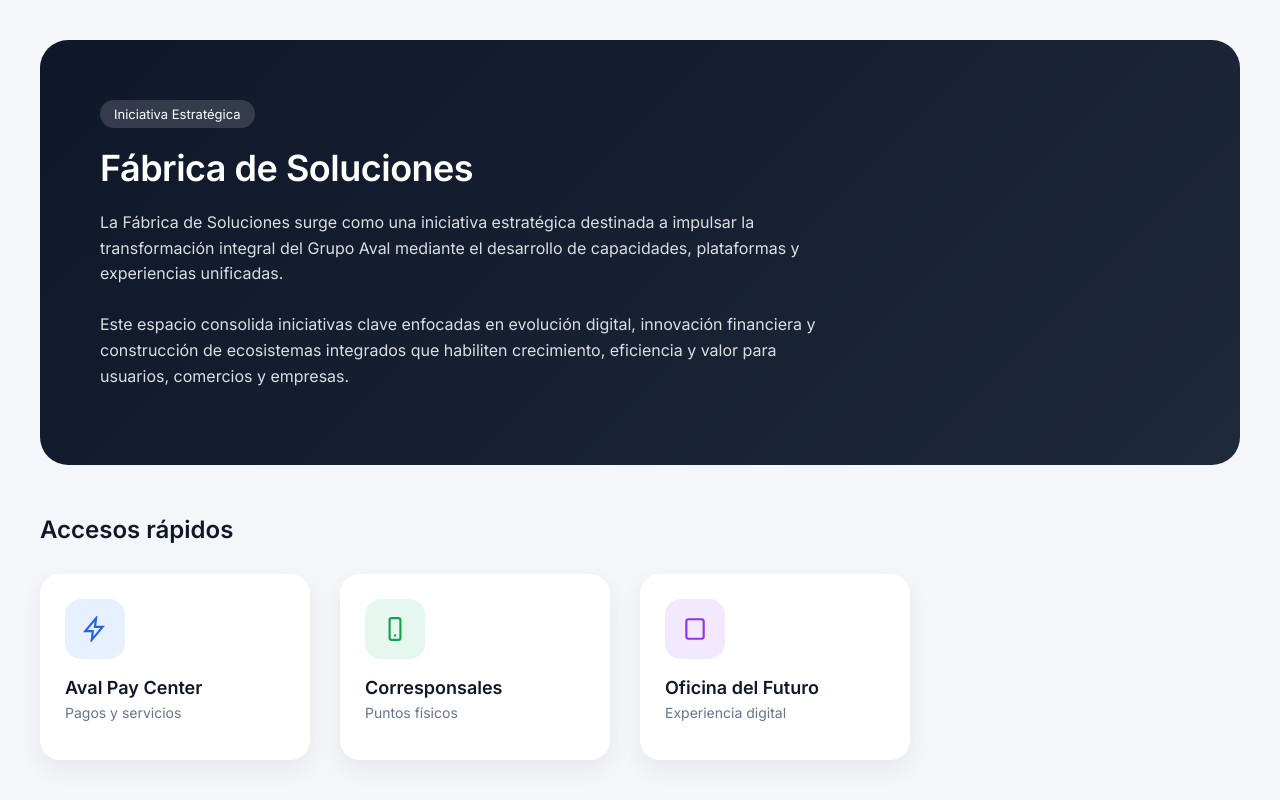
Repository: dalcava/Prototipos-Oficinas-del-futuro
Page: index.html
These files come from the project's save history. The page is drawn as it stood at one moment and after the next save; the edit follows.
The browser window is 1280 px wide. The pictures show the whole page.

Above is the page before, as saved 2026-02-13 00:13:05.

### index.html
<!doctype html>
<html lang="es">
<head>
<meta charset="utf-8" />
<meta name="viewport" content="width=device-width, initial-scale=1" />
<title>Home</title>
<div class="hero">
  <div class="hero-badge">Iniciativa Estratégica</div>
  <h1>Fábrica de Soluciones</h1>
  <p>
    La Fábrica de Soluciones surge como una iniciativa estratégica destinada a impulsar
    la transformación integral del Grupo Aval mediante el desarrollo de capacidades,
    plataformas y experiencias unificadas.
    <br><br>
    Este espacio consolida iniciativas clave enfocadas en evolución digital, innovación
    financiera y construcción de ecosistemas integrados que habiliten crecimiento,
    eficiencia y valor para usuarios, comercios y empresas.
  </p>
</div>


<link href="https://fonts.googleapis.com/css2?family=Inter:wght@400;600&display=swap" rel="stylesheet">

<style>
  body {
    margin: 0;
    font-family: 'Inter', sans-serif;
    background: #f4f6f9;
    padding: 40px;
  }

  h2 {
    margin-bottom: 30px;
    color: #0f172a;
  }

  .hero {
    background: linear-gradient(135deg, #0f172a, #1e293b);
    color: white;
    padding: 60px;
    border-radius: 28px;
    margin-bottom: 50px;
    position: relative;
    overflow: hidden;
  }

  .hero h1 {
    margin: 0 0 20px 0;
    font-size: 36px;
    font-weight: 600;
    letter-spacing: -0.5px;
  }

  .hero p {
    max-width: 720px;
    font-size: 16px;
    line-height: 1.6;
    opacity: 0.85;
  }

  .hero-badge {
    display: inline-block;
    background: rgba(255,255,255,0.15);
    padding: 6px 14px;
    border-radius: 20px;
    font-size: 13px;
    margin-bottom: 18px;
  }


  .cards {
    display: flex;
    gap: 30px;
    flex-wrap: wrap;
  }

  .card {
    background: white;
    border-radius: 20px;
    padding: 25px;
    width: 220px;
    cursor: pointer;
    transition: all 0.25s ease;
    box-shadow: 0 10px 25px rgba(0, 0, 0, 0.06);
  }

  .card:hover {
    transform: translateY(-6px);
    box-shadow: 0 18px 35px rgba(0, 0, 0, 0.1);
  }

  .icon-box {
    width: 60px;
    height: 60px;
    border-radius: 16px;
    display: flex;
    align-items: center;
    justify-content: center;
    margin-bottom: 18px;
  }

  .icon-blue { background: #e7f0ff; }
  .icon-green { background: #e6f7ef; }
  .icon-purple { background: #f2e9ff; }

  .card h3 {
    margin: 0;
    font-size: 18px;
    font-weight: 600;
    color: #0f172a;
  }

  .card p {
    margin-top: 6px;
    font-size: 14px;
    color: #64748b;
  }

  svg {
    width: 26px;
    height: 26px;
  }

</style>
</head>

<body>

<h2>Accesos rápidos</h2>

<div class="cards">

  <!-- Aval Pay Center -->
  <div class="card" onclick="ir('aval-pay-center.html')">
    <div class="icon-box icon-blue">
      <!-- Icono rayo -->
      <svg fill="none" stroke="#2563eb" stroke-width="2" viewBox="0 0 24 24">
        <path d="M13 2L3 14h7l-1 8 10-12h-7l1-8z"/>
      </svg>
    </div>
    <h3>Aval Pay Center</h3>
    <p>Pagos y servicios</p>
  </div>

  <!-- Corresponsales -->
  <div class="card" onclick="ir('corresponsales.html')">
    <div class="icon-box icon-green">
      <!-- Icono móvil -->
      <svg fill="none" stroke="#16a34a" stroke-width="2" viewBox="0 0 24 24">
        <rect x="7" y="2" width="10" height="20" rx="2"/>
        <line x1="11" y1="18" x2="13" y2="18"/>
      </svg>
    </div>
    <h3>Corresponsales</h3>
    <p>Puntos físicos</p>
  </div>

  <!-- Oficina del Futuro -->
  <div class="card" onclick="ir('oficina-del-futuro.html')">
    <div class="icon-box icon-purple">
      <!-- Icono edificio -->
      <svg fill="none" stroke="#9333ea" stroke-width="2" viewBox="0 0 24 24">
        <rect x="4" y="3" width="16" height="18" rx="2"/>
        <line x1="8" y1="7" x2="8" y2="7"/>
        <line x1="12" y1="7" x2="12" y2="7"/>
        <line x1="16" y1="7" x2="16" y2="7"/>
      </svg>
    </div>
    <h3>Oficina del Futuro</h3>
    <p>Experiencia digital</p>
  </div>

</div>

<script>
  function ir(pagina) {
    window.location.href = pagina;
  }
</script>

</body>
</html>

After the next save:
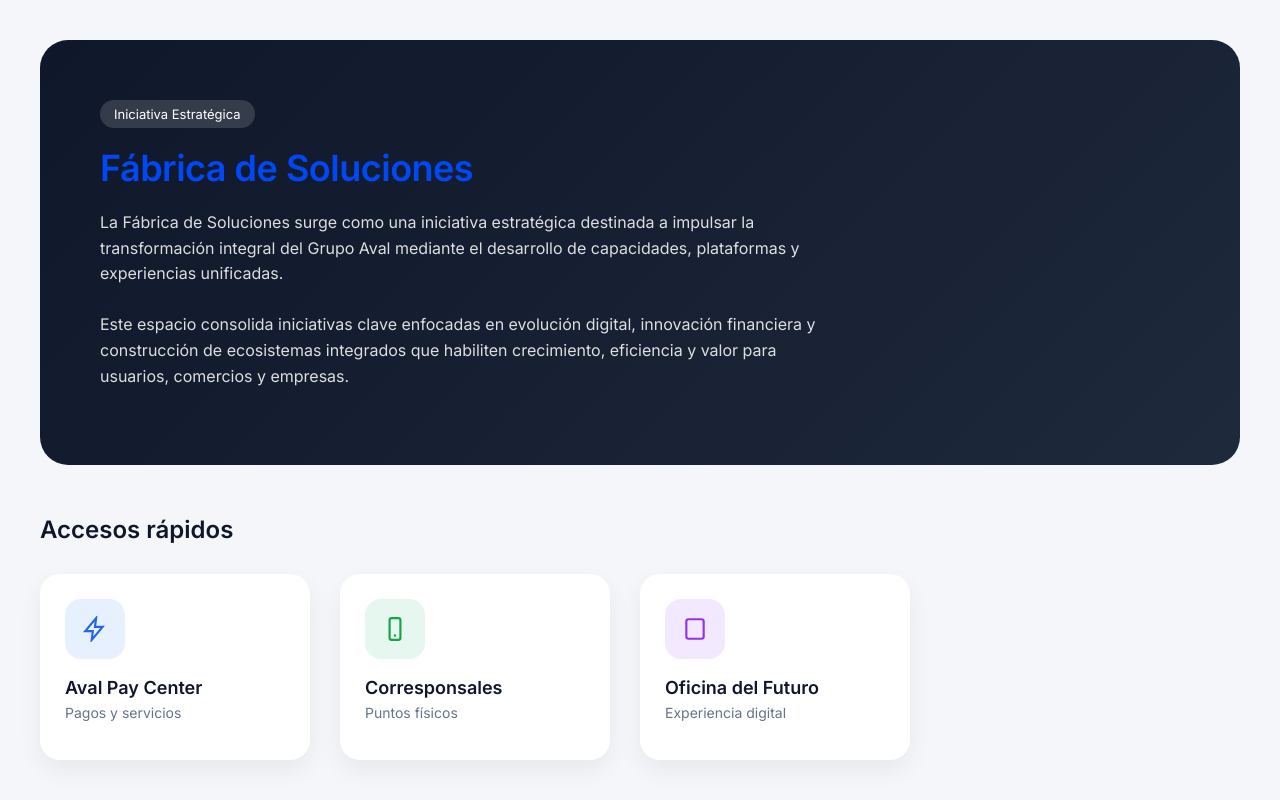
Saved 15 s later.
--- a/index.html
+++ b/index.html
@@ -49,6 +49,7 @@
     font-size: 36px;
     font-weight: 600;
     letter-spacing: -0.5px;
+    color: #0048F6;
   }
 
   .hero p {
